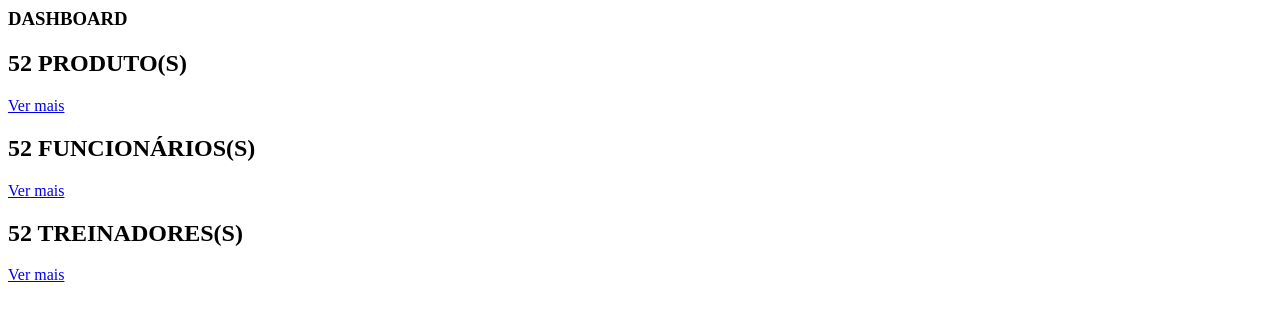
Repository: leobritto-sudo/pokemon-center
Page: http://localhost/App/Views/manager/manager.phtml
The author's editor kept a copy of each file at every save. The page is drawn from the files as they stood at one save, then again after the next save.
The browser window is 1280 px wide. The pictures show the whole page.
The page is run by PHP 8.4 with error messages shown; the project is at /var/www/html/.

Above is the page before, as saved 2022-11-17 22:57:38.

### App/Views/manager/manager.phtml
<div class="container py-4">
    <header>
        <h3 class="font-weight-bold text-dark text-center">
            <i class="fas fa-project-diagram pr-1"></i> DASHBOARD
        </h3>
    </header>

    <div class="card w-100 mt-3">
        <div id="product" class="div-img">
            <div class="text-card">
                <h2 class="font-weight-bold text-center mb-3">52 PRODUTO(S)</h2>
                <a href="/product-consult" class="btn btn-primary btn-block w-75 mx-auto">Ver mais</a>
            </div>
        </div>
    </div>
    <div class="card w-100 mt-3">
        <div id="employee" class="div-img">
            <div class="text-card">
                <h2 class="font-weight-bold text-center mb-3">52 FUNCIONÁRIOS(S)</h2>
                <a href="/employee-consult" class="btn btn-primary btn-block w-75 mx-auto">Ver mais</a>
            </div>
        </div>
    </div>
    <div class="card w-100 mt-3">
        <div id="coach" class="div-img">
            <div class="text-card">
                <h2 class="font-weight-bold text-center mb-3">52 TREINADORES(S)</h2>
                <a href="/coach-consult" class="btn btn-primary btn-block w-75 mx-auto">Ver mais</a>
            </div>
        </div>
    </div>
</div>

After the next save:
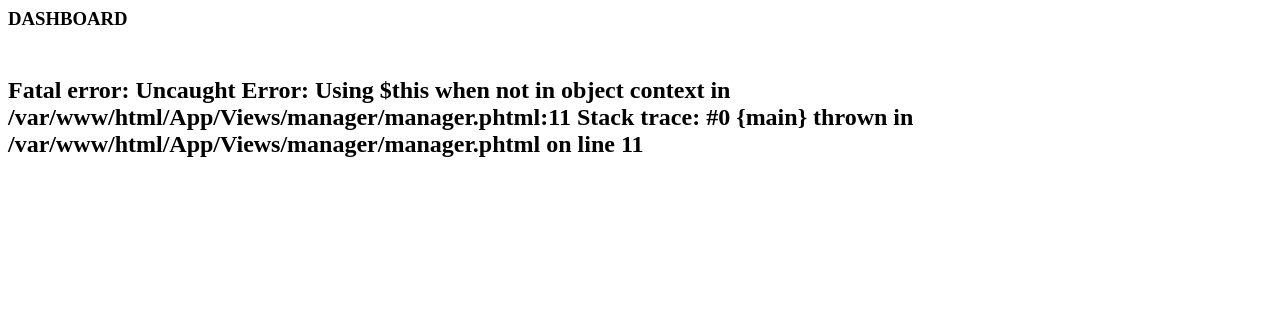
Saved 30 s later.
--- a/App/Views/manager/manager.phtml
+++ b/App/Views/manager/manager.phtml
@@ -8,7 +8,7 @@
     <div class="card w-100 mt-3">
         <div id="product" class="div-img">
             <div class="text-card">
-                <h2 class="font-weight-bold text-center mb-3">52 PRODUTO(S)</h2>
+                <h2 class="font-weight-bold text-center mb-3"><?= $this->view->count_prod ?> PRODUTO(S)</h2>
                 <a href="/product-consult" class="btn btn-primary btn-block w-75 mx-auto">Ver mais</a>
             </div>
         </div>
